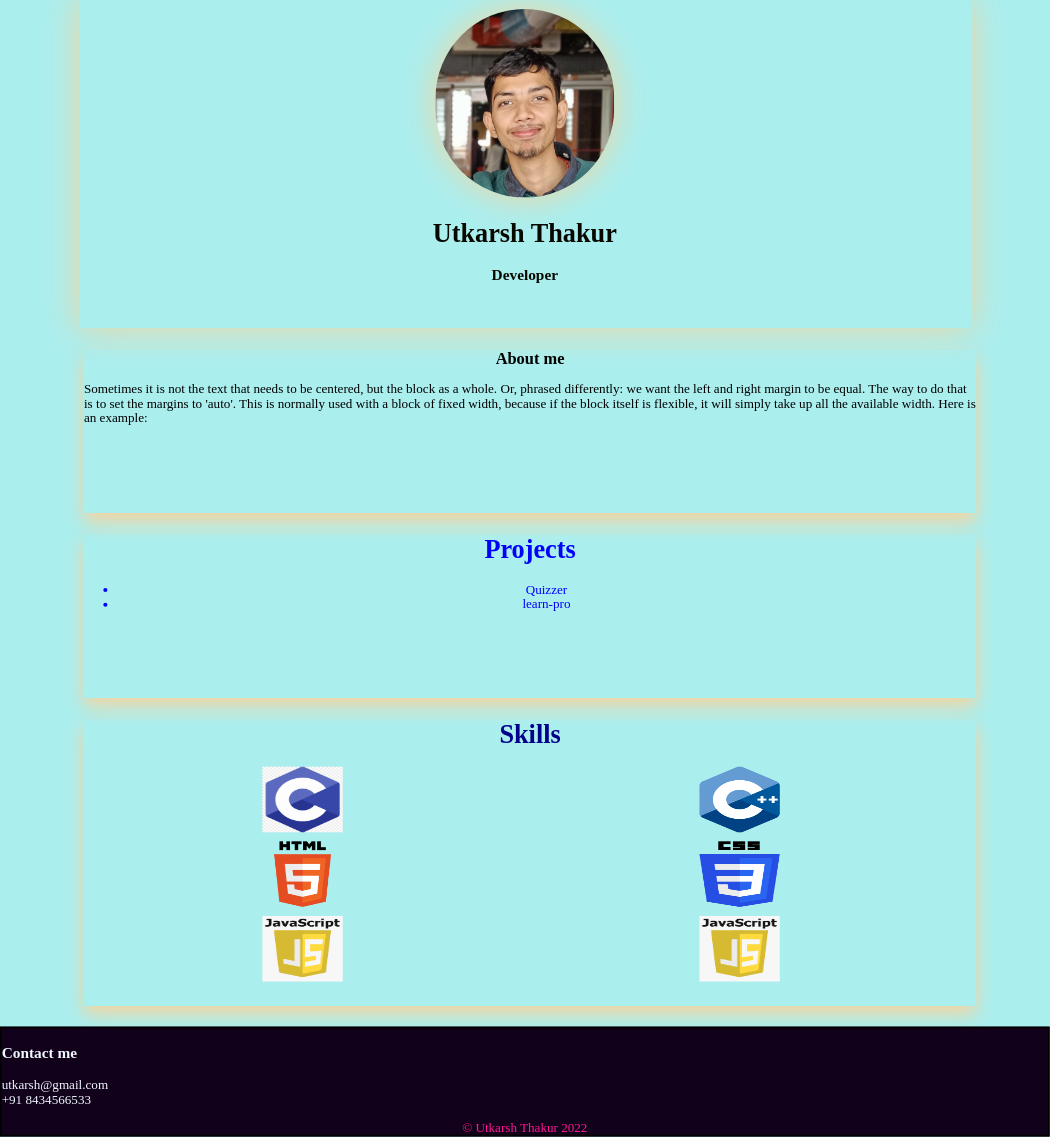
Repository: UtkarshThakur321/Utkarsh-Thakur-Profile
Page: index.html
The author's editor kept a copy of each file at every save. The page is drawn from the files as they stood at one save, then again after the next save.
The browser window is 1280 px wide. The pictures show the whole page, at 82% of full size.

Above is the page before, as saved 2022-01-23 00:21:14.
Not found: main.js

After the next save:
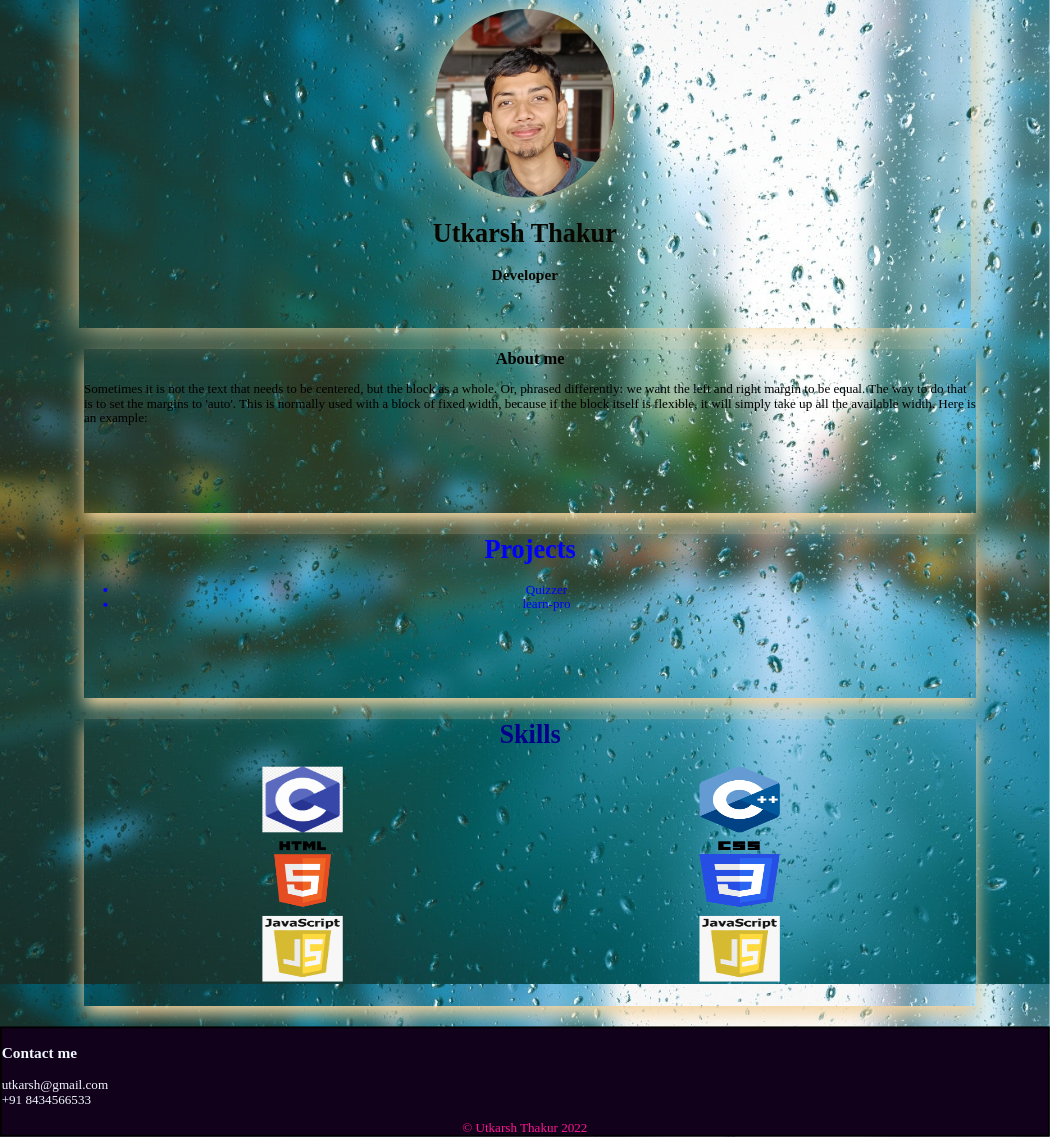
Saved 34 s later.
--- a/index.css
+++ b/index.css
@@ -1,13 +1,13 @@
 body{
     width:100%;
     margin:0px;
-    background-color: rgb(171, 238, 238);
-
+    /* background-color: rgb(171, 238, 238); */
+    background-image:url("./bg.jpg");
 }
 
 
 #intro{
-    /* background-image:url("./bg.jpg"); */
+
     /* background-color: rgb(190, 243, 243); */
     height: 400px;
     width:85%;
